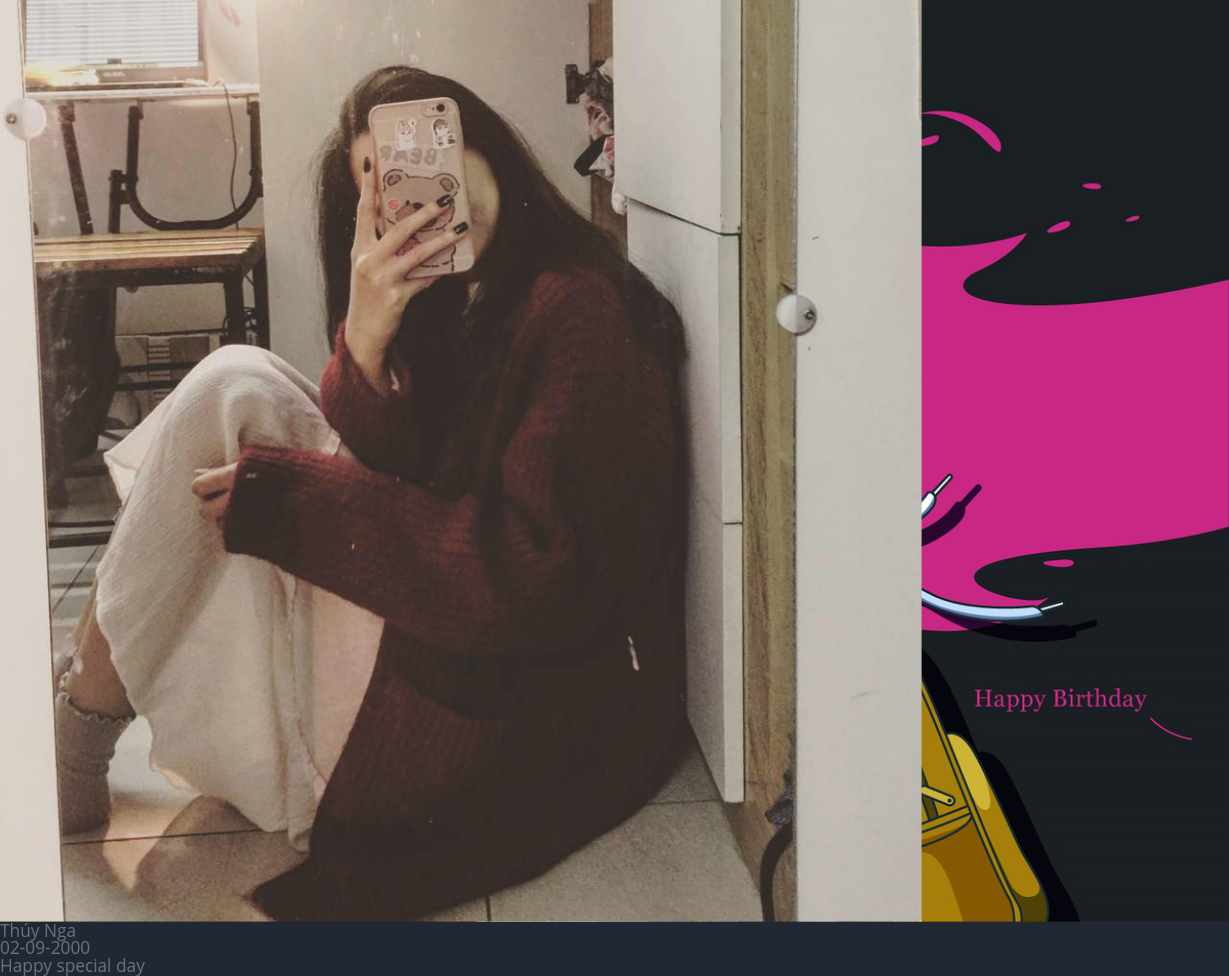
Repository: Datt21/p-happyB
Page: index.html
An editor plug-in stored every save of this project. The page is shown before and after the next save, followed by the edit.
The browser window is 1280 px wide. The pictures show the whole page, at 96% of full size.
Some icons come from a web library that is not loaded, so they are not drawn.

Above is the page before, as saved 2021-08-31 04:17:15.

### index.html
<!DOCTYPE html>
<html lang="en">
<head>
    <meta charset="UTF-8">
    <meta http-equiv="X-UA-Compatible" content="IE=edge">
    <meta name="viewport" content="width=device-width, initial-scale=1.0">
    <title>Document</title>
    <link rel="stylesheet" href="https://unicons.iconscout.com/release/v4.0.0/css/line.css">
    <link rel="stylesheet" href="./app.css">
</head>
<body>
<div class="wrapper">
    <header class="header">
        <div class="container">
            <div class="header-main">
                <div class="header-info">
                    <img src="./images/lemon.jpg" alt="" class="img-logo">
                    <div class="info">
                        <div class="info-name">Thúy Nga</div>
                        <div class="birth-day">02-09-2000 <i class="uil uil-users-alt"></i> </div>
                    </div>
                </div>

                <div class="menu">
                    <span class="text">Happy special day</span>
                </div>

                <div class="icon-gift">
                    <a href=""><i class="uil uil-gift"></i></a>
                </div>
            </div>
        </div>
    </header>
</div>
    <script src="./app.js"></script>
</body>
</html>

### app.css
html {
    box-sizing: border-box;
}

* {
    margin: 0;
    padding: 0;
}

*,
*:before,
*:after {
    box-sizing: border-box;
}

a {
    text-decoration: none;
}

img {
    display: block;
    max-width: 100%;
}

html {
    scroll-behavior: smooth;
}

body {
    font-family: "Open sans", sans-serif;
    font-size: 18px;
    line-height: 1;
    color: #6a727f;
    background-color: #222831;
    overflow-x: hidden;
}

.wrapper {
    max-width: 1920px;
    margin: 0 auto;
    background: url("../images/banner.jpg") no-repeat top/100%;
}

Loaded but not shown: app.js (no copy from this time; the picture is the same without it)

After the next save:
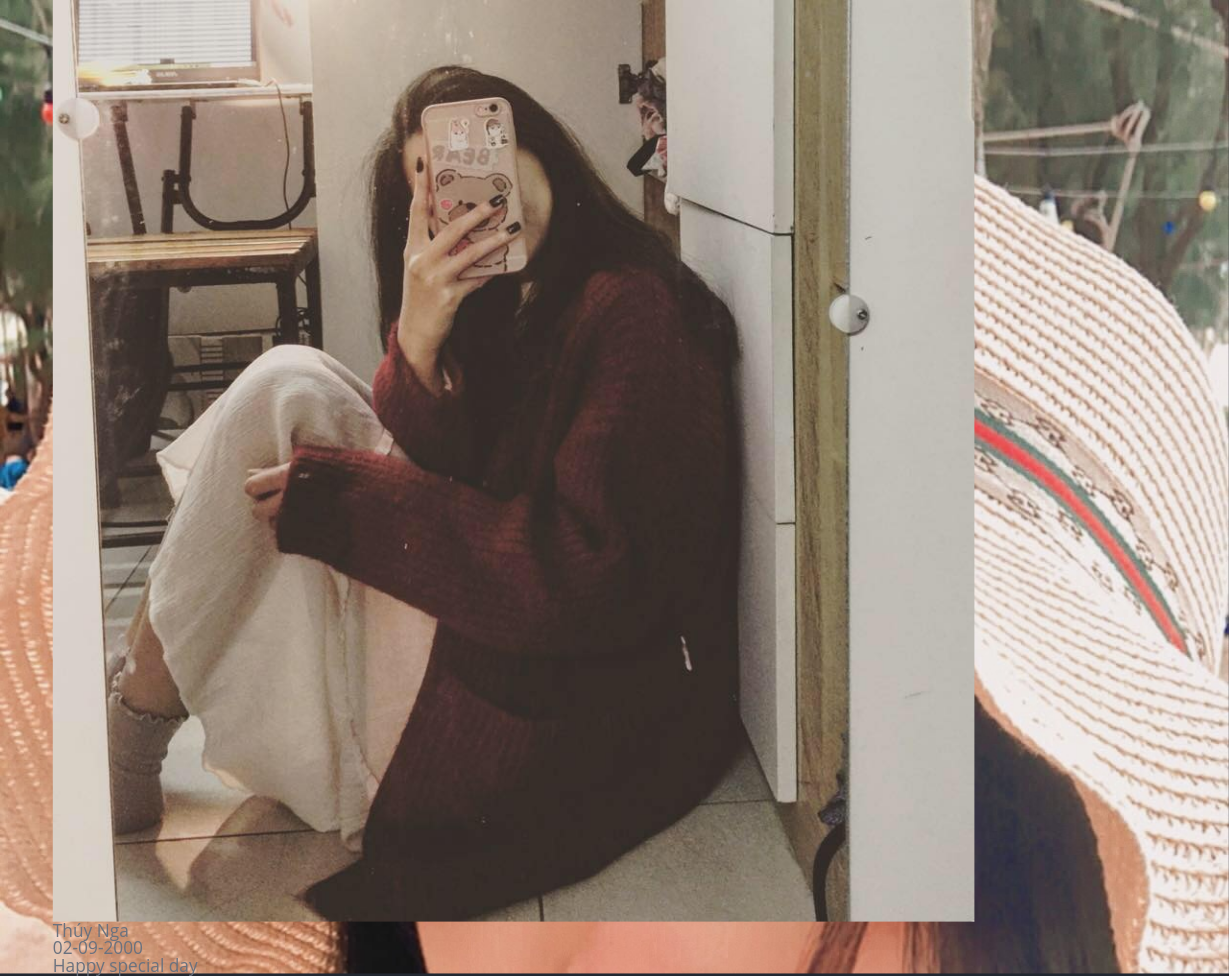
Saved 67 s later.
--- a/app.css
+++ b/app.css
@@ -40,3 +40,14 @@ body {
     margin: 0 auto;
     background: url("../images/banner.jpg") no-repeat top/100%;
 }
+
+.wrapper {
+    max-width: 1920px;
+    margin: 0 auto;
+    background: url("../images/img1.jpg") no-repeat top/100%;
+  }
+
+  .container {
+    max-width: 1200px;
+    margin: 0 auto;
+    padding: 0 15px;
